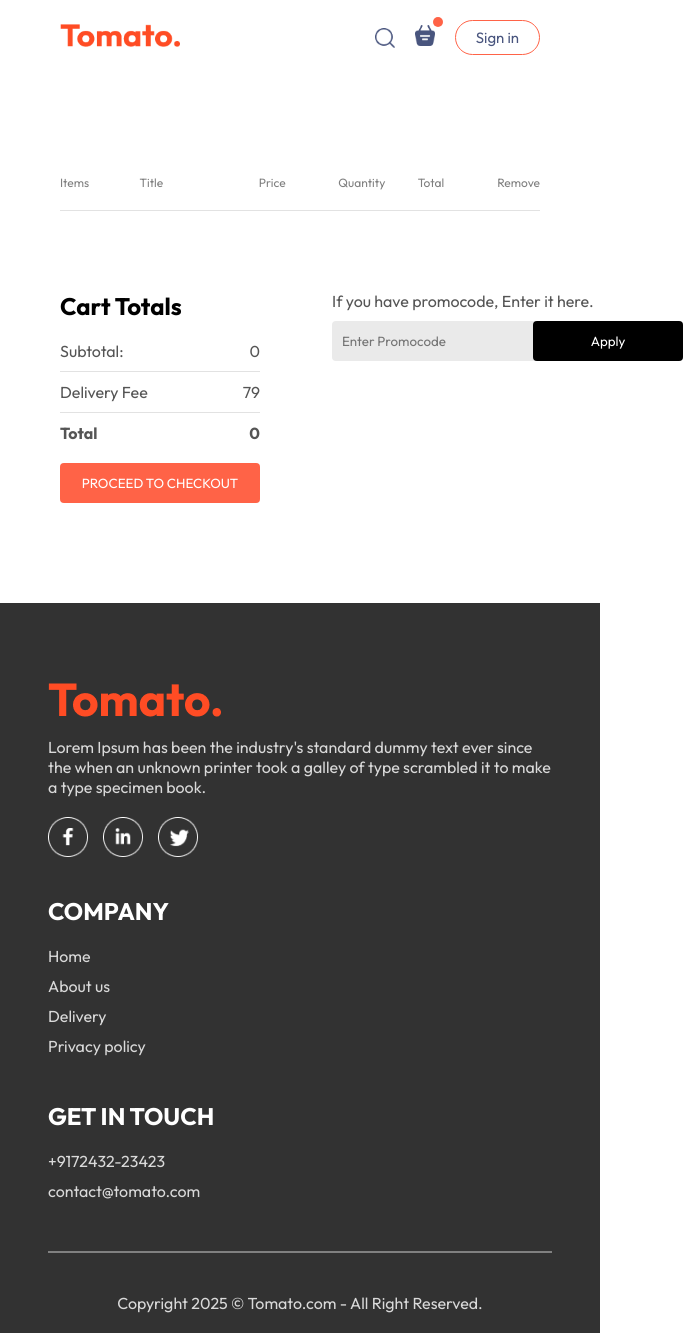
Repository: KartikChouhan03/food-delivery-app
Page: /cart (app in frontend/)
The author's editor kept a copy of each file at every save. The page is drawn from the files as they stood at one save, then again after the next save.
The browser window is 600 px wide. The page is 683 px wide, then 600 px, so the pictures cover 683 px, including what lies to the right of the window. The pictures show the whole page.
Some web fonts or font styles are not loaded; a fallback is used. The project was rebuilt for these pictures with package versions that can differ from the ones it lists, and the page was loaded fresh each time. Also part of the build but not shown: frontend/vite.config.js, frontend/src/components/Header/Header.css, frontend/src/components/Header/Header.jsx, frontend/src/components/ExploreMenu/ExploreMenu.css, frontend/src/components/ExploreMenu/ExploreMenu.jsx, frontend/src/components/FoodDisplay/FoodDisplay.css, frontend/src/components/FoodItem/FoodItem.css, frontend/src/components/FoodItem/FoodItem.jsx and 8 more.

Above is the page before, as saved 2025-08-16 12:50:40.

### frontend/index.html
<!doctype html>
<html lang="en">
  <head>
    <meta charset="UTF-8" />
    <link rel="icon" type="image/svg+xml" href="" />
    <meta name="viewport" content="width=device-width, initial-scale=1.0" />
    <title>Foodify</title>
  </head>
  <body>
    <div id="root"></div>
    <script type="module" src="/src/main.jsx"></script>
  </body>
</html>

### frontend/src/main.jsx
import { createRoot } from 'react-dom/client'
import './index.css'
import App from './App.jsx'
import { BrowserRouter} from 'react-router-dom'
import StoreContextProvider from './context/StoreContext.jsx'


createRoot(document.getElementById('root')).render(
  <BrowserRouter>
    <StoreContextProvider>
      <App />
    </StoreContextProvider>
  </BrowserRouter>


)

### frontend/src/index.css

@import url('https://fonts.googleapis.com/css2?family=Montserrat:ital,wght@0,100..900;1,100..900&family=Outfit:wght@100..900&family=Playfair+Display:ital,wght@0,400..900;1,400..900&display=swap');


*{
  padding: 0;
  margin: 0;
  box-sizing: border-box;
  font-family: Outfit;
  scroll-behavior: smooth;
}

body{
  min-height: 100vh;
}

a{
  text-decoration: none;
  color: inherit;
}

.app{
  width: 80%;
  margin: auto;
}

@keyframes fadeIn{
  0%{
    opacity: 0;
  }
  100%{
    opacity: 1;
  }
}

### frontend/src/App.jsx
import React, { useState } from 'react'
import Navbar from './components/Navbar/Navbar'
import { Route, Routes } from 'react-router-dom'
import Home from './pages/Home/Home'
import Cart from './pages/Cart/Cart'
import PlaceOrder from './pages/PlaceOrder/PlaceOrder'
import Footer from './components/Footer/Footer'
import LoginPopup from './components/LoginPopup/LoginPopup'


const App = () => {

  const [showLogin,setShowLogin] = useState(false)


  return (
    <>
    {showLogin?<LoginPopup setShowLogin={setShowLogin}/>:<></>}
      <div className='app'>
        <Navbar setShowLogin={setShowLogin} />
        <Routes>
          <Route path="/" element={<Home />} />
          <Route path="/cart" element={<Cart />} />
          <Route path="/order" element={<PlaceOrder/>} />
        </Routes>
      </div>
      <Footer/>
    </>

  )
}

export default App

### frontend/src/context/StoreContext.jsx
import { createContext, useEffect, useState } from "react";
import { food_list } from "../assets/assets";


export const StoreContext = createContext(null)

const StoreContextProvider = (props) =>{

    const [cartItems, setCartItems] = useState({});

    const addToCart =(itemId)=>{
        if(!cartItems[itemId]){
            setCartItems((prev)=>({...prev,[itemId]:1}))
        }
        else{
            setCartItems((prev)=>({...prev,[itemId]:prev[itemId]+1}))
        }
    }

    const removeFromCart =(itemId) =>{
        setCartItems((prev)=>({...prev,[itemId]:prev[itemId]-1}))
    }

    useEffect(()=>{
        console.log(cartItems);
    },[cartItems])


    const contextValue = {
        food_list,
        cartItems,
        setCartItems,
        addToCart,
        removeFromCart,
    }



    return (
        <StoreContext.Provider value ={contextValue}>
            {props.children}
        </StoreContext.Provider>
    )

}

export default StoreContextProvider;

### frontend/src/components/Navbar/Navbar.jsx
import React, { useState } from 'react'
import './Navbar.css'
import {assets} from '../../assets/assets.js'
import {Link} from 'react-router-dom';

const Navbar = ({setShowLogin}) => {

  const [menu,setMenu] = useState("home");


  return (
    <div className='navbar'>
      <Link to='/'><img className='logo' src={assets.logo} alt="" /></Link>
      <ul className='navbar-menu'>
        <Link to='/' onClick={()=>setMenu("home")} className={menu==="home"?"active":""}>home</Link>
        <a href='#explore-menu' onClick={()=>setMenu("menu")} className={menu==="menu"?"active":""}>menu</a>
        <a href='#app-download' onClick={()=>setMenu("mobile-app")} className={menu==="mobile-app"?"active":""}>mobile-app</a>
        <a href='#footer' onClick={()=>setMenu("contact-us")} className={menu==="contact-us"?"active":""}>contact us</a>
      </ul>
      <div className="navbar-right">
        <img src={assets.search_icon} alt="" />
        <div className='navbar-search-icon'>
          <Link to='/cart'><img src={assets.basket_icon} alt="" /></Link>
          <div className='dot'></div>
        </div>
        <button onClick={()=>setShowLogin(true)}>Sign in</button>
      </div>
    </div>
  )
}

export default Navbar

### frontend/src/pages/Cart/Cart.jsx
import React, { useContext } from 'react'
import './Cart.css'
import { StoreContext } from '../../context/StoreContext'

const Cart = () => {

  const {cartItems, food_list, removeFromCart} = useContext(StoreContext);

  return (
    <div className='cart'>
      <div className="cart-items">
        <div className="cart-items-title">
          <p>Items</p>
          <p>Title</p>
          <p>Price</p>
          <p>Quantity</p>
          <p>Total</p>
          <p>Remove</p>
        </div>
        <br />
        <hr />
        {food_list.map((item,index)=>{
          if(cartItems[item._id]>0){
            return (
              <div>
                <div  className='cart-items-title cart-items-item'>
                  <img src={item.image} alt="" />
                  <p>{item.name}</p>
                  <p>₹{item.price}</p>
                  <p>{cartItems[item._id]}</p>
                  <p>₹{item.price*cartItems[item._id]}</p>
                  <p className='cross' onClick={()=>removeFromCart(item._id)}>x</p>
                </div>
                <hr />
              </div>

            )
          }
        })}
      </div>
      <div className='cart-bottom'>
        <div className='cart-total'>
          <h2>Cart Totals</h2>
          <div>
            <div className="cart-total-details">
              <p>Subtotal:</p>
              <p>{0}</p>
            </div>
            <hr />
            <div className="cart-total-details">
              <p>Delivery Fee</p>
              <p>{79}</p>
            </div>
            <hr />
            <div className="cart-total-details">
              <b>Total</b>
              <b>{0}</b>
            </div>
          </div>
          <button>PROCEED TO CHECKOUT</button>
        </div>
        <div className='cart-promocode'>
          <div>
            <p>If you have promocode, Enter it here.</p>
            <div className="cart-promocode-input">
              <input type="text" placeholder="Enter Promocode" />
              <button>Apply</button>
            </div>
          </div>
        </div>
      </div>
    </div>
  )
}

export default Cart

### frontend/src/components/Footer/Footer.jsx
import React from 'react'
import './Footer.css'
import { assets } from '../../assets/assets'

const Footer = () => {
  return (
    <div className='footer' id='footer'>
      <div className="footer-content">
        <div className="footer-content-left">
            <img src={assets.logo} alt="" />
            <p>Lorem Ipsum has been the industry's standard dummy text ever since the when an unknown printer took a galley of type scrambled it to make a type specimen book.</p>
            <div className="footer-social-icons">
                <img src={assets.facebook_icon} alt="" />
                <img src={assets.linkedin_icon} alt="" />
                <img src={assets.twitter_icon} alt="" />
            </div>
        </div>
        <div className='footer-content-center'>
            <h2>COMPANY</h2>
            <ul>
                <li>Home</li>
                <li>About us</li>
                <li>Delivery</li>
                <li>Privacy policy</li>
            </ul>
        </div>
        <div className="footer-content-right">
            <h2>GET IN TOUCH</h2>
            <ul>
                <li>+9172432-23423</li>
                <li>contact@tomato.com</li>
            </ul>
        </div>
      </div>
      <hr />
        <p className='footer-copyright'>Copyright 2025 © Tomato.com - All Right Reserved.</p>
    </div>
  )
}

export default Footer

### frontend/src/assets/assets.js
import basket_icon from './basket_icon.png'
import logo from './logo.png'
import header_img from './header_img.png'
import search_icon from './search_icon.png'
import menu_1 from './menu_1.png'
import menu_2 from './menu_2.png'
import menu_3 from './menu_3.png'
import menu_4 from './menu_4.png'
import menu_5 from './menu_5.png'
import menu_6 from './menu_6.png'
import menu_7 from './menu_7.png'
import menu_8 from './menu_8.png'

import food_1 from './food_1.png'
import food_2 from './food_2.png'
import food_3 from './food_3.png'
import food_4 from './food_4.png'
import food_5 from './food_5.png'
import food_6 from './food_6.png'
import food_7 from './food_7.png'
import food_8 from './food_8.png'
import food_9 from './food_9.png'
import food_10 from './food_10.png'
import food_11 from './food_11.png'
import food_12 from './food_12.png'
import food_13 from './food_13.png'
import food_14 from './food_14.png'
import food_15 from './food_15.png'
import food_16 from './food_16.png'
import food_17 from './food_17.png'
import food_18 from './food_18.png'
import food_19 from './food_19.png'
import food_20 from './food_20.png'
import food_21 from './food_21.png'
import food_22 from './food_22.png'
import food_23 from './food_23.png'
import food_24 from './food_24.png'
import food_25 from './food_25.png'
import food_26 from './food_26.png'
import food_27 from './food_27.png'
import food_28 from './food_28.png'
import food_29 from './food_29.png'
import food_30 from './food_30.png'
import food_31 from './food_31.png'
import food_32 from './food_32.png'

import add_icon_white from './add_icon_white.png'
import add_icon_green from './add_icon_green.png'
import remove_icon_red from './remove_icon_red.png'
import app_store from './app_store.png'
import play_store from './play_store.png'
import linkedin_icon from './linkedin_icon.png'
import facebook_icon from './facebook_icon.png'
import twitter_icon from './twitter_icon.png'
import cross_icon from './cross_icon.png'
import selector_icon from './selector_icon.png'
import rating_starts from './rating_starts.png'
import profile_icon from './profile_icon.png'
import bag_icon from './bag_icon.png'
import logout_icon from './logout_icon.png'
import parcel_icon from './parcel_icon.png'

export const assets = {
    logo,
    basket_icon,
    header_img,
    search_icon,
    rating_starts,
    add_icon_green,
    add_icon_white,
    remove_icon_red,
    app_store,
    play_store,
    linkedin_icon,
    facebook_icon,
    twitter_icon,
    cross_icon,
    selector_icon,
    profile_icon,
    logout_icon,
    bag_icon,
    parcel_icon
}

export const menu_list = [
    {
        menu_name: "Salad",
        menu_image: menu_1
    },
    {
        menu_name: "Rolls",
        menu_image: menu_2
    },
    {
        menu_name: "Deserts",
        menu_image: menu_3
    },
    {
        menu_name: "Sandwich",
        menu_image: menu_4
    },
    {
        menu_name: "Cake",
        menu_image: menu_5
    },
    {
        menu_name: "Pure Veg",
        menu_image: menu_6
    },
    {
        menu_name: "Pasta",
        menu_image: menu_7
    },
    {
        menu_name: "Noodles",
        menu_image: menu_8
    }]

export const food_list = [
    {
        _id: "1",
        name: "Greek salad",
        image: food_1,
        price: 12,
        description: "Food provides essential nutrients for overall health and well-being",
        category: "Salad"
    },
    {
        _id: "2",
        name: "Veg salad",
        image: food_2,
        price: 18,
        description: "Food provides essential nutrients for overall health and well-being",
        category: "Salad"
    }, {
        _id: "3",
        name: "Clover Salad",
        image: food_3,
        price: 16,
        description: "Food provides essential nutrients for overall health and well-being",
        category: "Salad"
    }, {
        _id: "4",
        name: "Chicken Salad",
        image: food_4,
        price: 24,
        description: "Food provides essential nutrients for overall health and well-being",
        category: "Salad"
    }, {
        _id: "5",
        name: "Lasagna Rolls",
        image: food_5,
        price: 14,
        description: "Food provides essential nutrients for overall health and well-being",
        category: "Rolls"
    }, {
        _id: "6",
        name: "Peri Peri Rolls",
        image: food_6,
        price: 12,
        description: "Food provides essential nutrients for overall health and well-being",
        category: "Rolls"
    }, {
        _id: "7",
        name: "Chicken Rolls",
        image: food_7,
        price: 20,
        description: "Food provides essential nutrients for overall health and well-being",
        category: "Rolls"
    }, {
        _id: "8",
        name: "Veg Rolls",
        image: food_8,
        price: 15,
        description: "Food provides essential nutrients for overall health and well-being",
        category: "Rolls"
    }, {
        _id: "9",
        name: "Ripple Ice Cream",
        image: food_9,
        price: 14,
        description: "Food provides essential nutrients for overall health and well-being",
        category: "Deserts"
    }, {
        _id: "10",
        name: "Fruit Ice Cream",
        image: food_10,
        price: 22,
        description: "Food provides essential nutrients for overall health and well-being",
        category: "Deserts"
    }, {
        _id: "11",
        name: "Jar Ice Cream",
        image: food_11,
        price: 10,
        description: "Food provides essential nutrients for overall health and well-being",
        category: "Deserts"
    }, {
        _id: "12",
        name: "Vanilla Ice Cream",
        image: food_12,
        price: 12,
        description: "Food provides essential nutrients for overall health and well-being",
        category: "Deserts"
    },
    {
        _id: "13",
        name: "Chicken Sandwich",
        image: food_13,
        price: 12,
        description: "Food provides essential nutrients for overall health and well-being",
        category: "Sandwich"
    },
    {
        _id: "14",
        name: "Vegan Sandwich",
        image: food_14,
        price: 18,
        description: "Food provides essential nutrients for overall health and well-being",
        category: "Sandwich"
    }, {
        _id: "15",
        name: "Grilled Sandwich",
        image: food_15,
        price: 16,
        description: "Food provides essential nutrients for overall health and well-being",
        category: "Sandwich"
    }, {
        _id: "16",
        name: "Bread Sandwich",
        image: food_16,
        price: 24,
        description: "Food provides essential nutrients for overall health and well-being",
        category: "Sandwich"
    }, {
        _id: "17",
        name: "Cup Cake",
        image: food_17,
        price: 14,
        description: "Food provides essential nutrients for overall health and well-being",
        category: "Cake"
    }, {
        _id: "18",
        name: "Vegan Cake",
        image: food_18,
        price: 12,
        description: "Food provides essential nutrients for overall health and well-being",
        category: "Cake"
    }, {
        _id: "19",
        name: "Butterscotch Cake",
        image: food_19,
        price: 20,
        description: "Food provides essential nutrients for overall health and well-being",
        category: "Cake"
    }, {
        _id: "20",
        name: "Sliced Cake",
        image: food_20,
        price: 15,
        description: "Food provides essential nutrients for overall health and well-being",
        category: "Cake"
    }, {
        _id: "21",
        name: "Garlic Mushroom ",
        image: food_21,
        price: 14,
        description: "Food provides essential nutrients for overall health and well-being",
        category: "Pure Veg"
    }, {
        _id: "22",
        name: "Fried Cauliflower",
        image: food_22,
        price: 22,
        description: "Food provides essential nutrients for overall health and well-being",
        category: "Pure Veg"
    }, {
        _id: "23",
        name: "Mix Veg Pulao",
        image: food_23,
        price: 10,
        description: "Food provides essential nutrients for overall health and well-being",
        category: "Pure Veg"
    }, {
        _id: "24",
        name: "Rice Zucchini",
        image: food_24,
        price: 12,
        description: "Food provides essential nutrients for overall health and well-being",
        category: "Pure Veg"
    },
    {
        _id: "25",
        name: "Cheese Pasta",
        image: food_25,
        price: 12,
        description: "Food provides essential nutrients for overall health and well-being",
        category: "Pasta"
    },
    {
        _id: "26",
        name: "Tomato Pasta",
        image: food_26,
        price: 18,
        description: "Food provides essential nutrients for overall health and well-being",
        category: "Pasta"
    }, {
        _id: "27",
        name: "Creamy Pasta",
        image: food_27,
        price: 16,
        description: "Food provides essential nutrients for overall health and well-being",
        category: "Pasta"
    }, {
        _id: "28",
        name: "Chicken Pasta",
        image: food_28,
        price: 24,
        description: "Food provides essential nutrients for overall health and well-being",
        category: "Pasta"
    }, {
        _id: "29",
        name: "Buttter Noodles",
        image: food_29,
        price: 14,
        description: "Food provides essential nutrients for overall health and well-being",
        category: "Noodles"
    }, {
        _id: "30",
        name: "Veg Noodles",
        image: food_30,
        price: 12,
        description: "Food provides essential nutrients for overall health and well-being",
        category: "Noodles"
    }, {
        _id: "31",
        name: "Somen Noodles",
        image: food_31,
        price: 20,
        description: "Food provides essential nutrients for overall health and well-being",
        category: "Noodles"
    }, {
        _id: "32",
        name: "Cooked Noodles",
        image: food_32,
        price: 15,
        description: "Food provides essential nutrients for overall health and well-being",
        category: "Noodles"
    }
]

### frontend/src/components/Navbar/Navbar.css
.navbar{
    padding: 20px 0px;
    display: flex;
    justify-content: space-between;
    align-items: center;
}

.navbar .logo{
    width: 150px;
}

.navbar-menu{
    display: flex;
    list-style: none;
    gap: 20px;
    color: #49557e;
    font-size: 18px;
}

.navbar-right{
    display: flex;
    align-items: center;
    gap: 40px;
}

.navbar button{
    background: transparent;
    font-size: 16px;
    color: #49557e;
    border: 1px solid tomato;
    padding: 10px 30px;
    border-radius: 50px;
    cursor: pointer;
    transition: 0.4s;
}

.navbar button:hover{
    background-color: #fff4f2;
}

.navbar .active{
    padding-bottom: 2px;
    border-bottom: 2px solid #49557e;
}

.navbar li{
    cursor: pointer;
}

.navbar-search-icon {
    position: relative;
}

.navbar-search-icon .dot{
    position: absolute;
    min-width: 10px;
    min-height: 10px;
    background-color: tomato;
    border-radius:5px ;
    top: -8px;
    right: -8px;
}


@media (max-width: 1050px){
    .navbar .logo{
        width: 140px;
    }
    .navbar-menu{
        gap: 20px;
        font-size: 17px;
    }
    .navbar-right{
        gap: 30px;
    }
    .navbar-right img{
        width: 22px;
    }
    .navbar-right button{
        padding: 8px 25px;
    }
}

@media (max-width: 900px){
    .navbar .logo{
        width: 120px;
    }
    .navbar-menu{
        gap: 15px;
        font-size: 15px;
    }
    .navbar-right{
        gap: 20px;
    }
    .navbar-right img{
        width: 20px;
    }
    .navbar-right button{
        padding: 7px 20px;
        font-size: 15px;
    }
}

@media (max-width: 750px){
    .navbar-menu{
        display: none;
    }
}

### frontend/src/pages/Cart/Cart.css
.cart{
    margin-top: 100px;

}

.cart-items-title{
    display: grid;
    grid-template-columns: 1fr 1.5fr 1fr 1fr 1fr 0.5fr;
    align-items: center;
    color: gray;
    font-size: max(1vw, 12px);
}

.cart-items-item{
    margin: 10px 0px;
    color: black;
}

.cart-items-item img{
    width: 50px;
}

.cart hr{
    height: 1px;
    background-color: #e2e2e2;
    border: none;
}

.cart-items-item .cross{
    cursor: pointer;
}



.cart-bottom{
    margin-top: 80px;
    display: flex;
    justify-content: space-between;
    gap:  max(12vw,20px);
}

.cart-total{
    flex: 1;
    display: flex;
    flex-direction: column;
    gap: 20px;
}

.cart-total-details{
    display: flex;
    justify-content: space-between;
    color: #555;

}

.cart-total hr{
    margin: 10px 0px;
}

.cart-total button{
    border: none;
    color:  white;
    background-color: tomato;
    width: max(15vw, 200px);
    padding: 12px 0px;
    border-radius: 4px;
    cursor: pointer;
}

.cart-promocode{
    flex: 1;

}

.cart-promocode p{
    color: #555;
}

.cart-promocode-input{
    margin-top: 10px;
    display: flex;
    justify-content: space-between;
    align-items: center;
    background-color: #eaeaea;
    border-radius: 4px ;

}

.cart-promocode-input input{
    background: transparent;
    border: none;
    outline: none;
    padding-left: 10px ;
}

.cart-promocode-input button{
    width: max(10vw,150px);
    padding: 12px 5px;
    background-color: black;
    border: none;
    color: white;
    border-radius: 4px;
}

### frontend/src/components/Footer/Footer.css
.footer{
    color: #d9d9d9;
    background-color: #323232;
    display: flex;
    flex-direction: column;
    align-items: center;
    gap: 20px;
    padding: 20px 8vw;
    padding-top: 80px ;
    margin-top: 100px ;
}

.footer-content{
    width: 100%;
    display: grid;
    grid-template-columns: 2fr 1fr 1fr;
    gap: 80px;
}

.footer-content-left, .footer-content-right, .footer-content-center{
    display: flex;
    flex-direction: column;
    align-items:start ;
    gap: 20px;
}


.footer-content-left li, .footer-content-right li , .footer-content-center li{
    list-style: none;
    margin-bottom: 10px;
    cursor: pointer;
}

.footer-content-right h2, .footer-content-center h2{
    color: white;
}


.footer-social-icons img{
    width: 40px;
    margin-right: 15px;
}

.footer hr{
    width: 100%;
    height: 2px;
    margin: 20px 0px;
    background-color: gray;
    border: none;
}

@media (max-width:750px) {
    .footer-content{
        display: flex;
        flex-direction: column;
        gap: 35px;
    }
    .footer-copyright{
        text-align: center;
    }
}

Loaded but not shown: frontend/src/pages/Home/Home.css (no stored copy; drawn as an empty file)

After the next save:
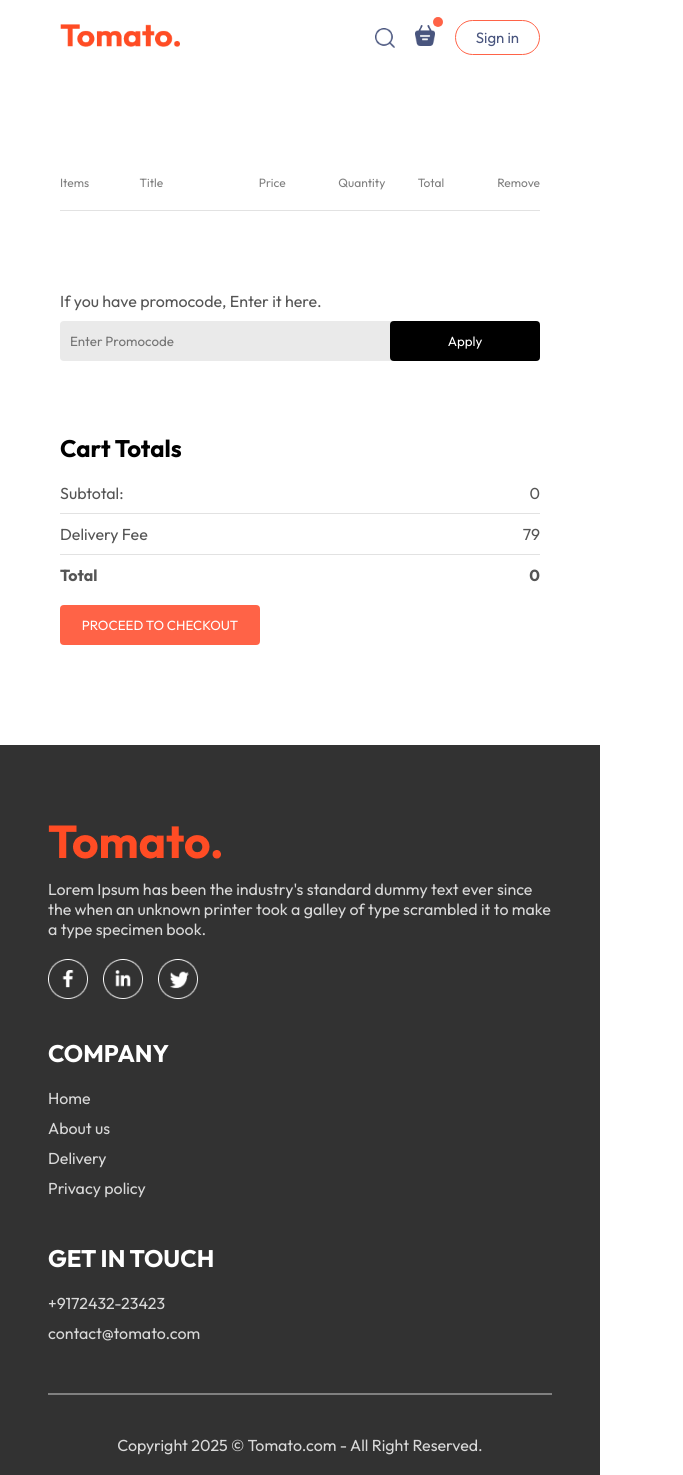
Saved 89 s later.
--- a/frontend/src/pages/Cart/Cart.css
+++ b/frontend/src/pages/Cart/Cart.css
@@ -101,3 +101,13 @@
     color: white;
     border-radius: 4px;
 }
+
+@media (max-width:750px) {
+    .cart-bottom{
+        flex-direction: column-reverse ;
+
+    }
+    .cart-promocode{
+        justify-content: start;
+    }
+}
